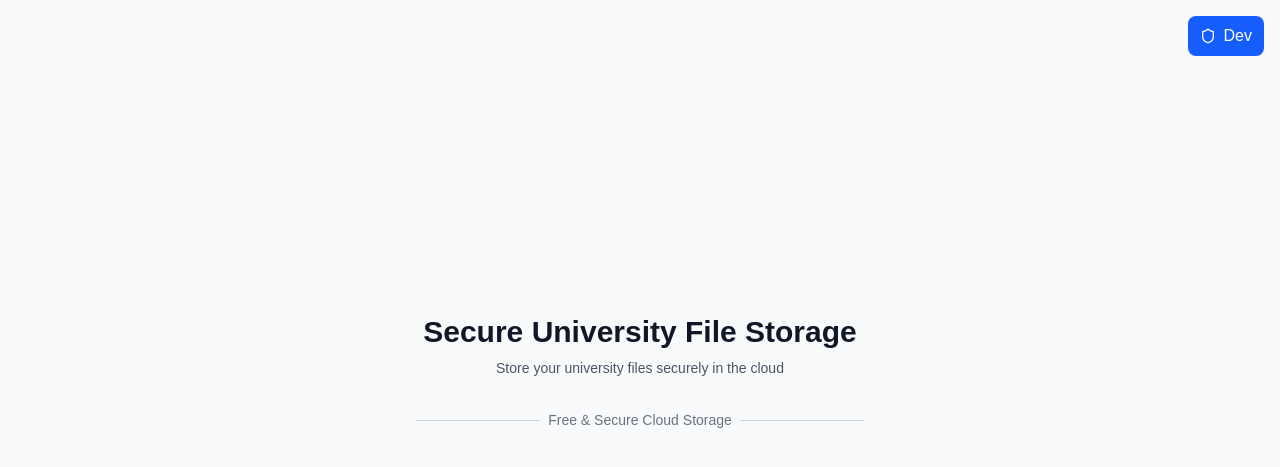
Repository: DiwanMalla/UniCloud
Page: /auth/signin
These files come from the project's save history. The page is drawn as it stood at one moment and after the next save; the edit follows.
The browser window is 1280 px wide. The pictures show the whole page.
The page's requests for data from a server got no answer. The project was rebuilt for these pictures with package versions that can differ from the ones it lists, and the page was loaded fresh each time. The framework's server and built-in components were replaced by stand-ins that run in the browser. No one was signed in, and anything a server would have sent is missing. Also part of the build but not shown: next.config.ts.

Above is the page before, as saved 2025-08-31 16:05:51.

After the next save:
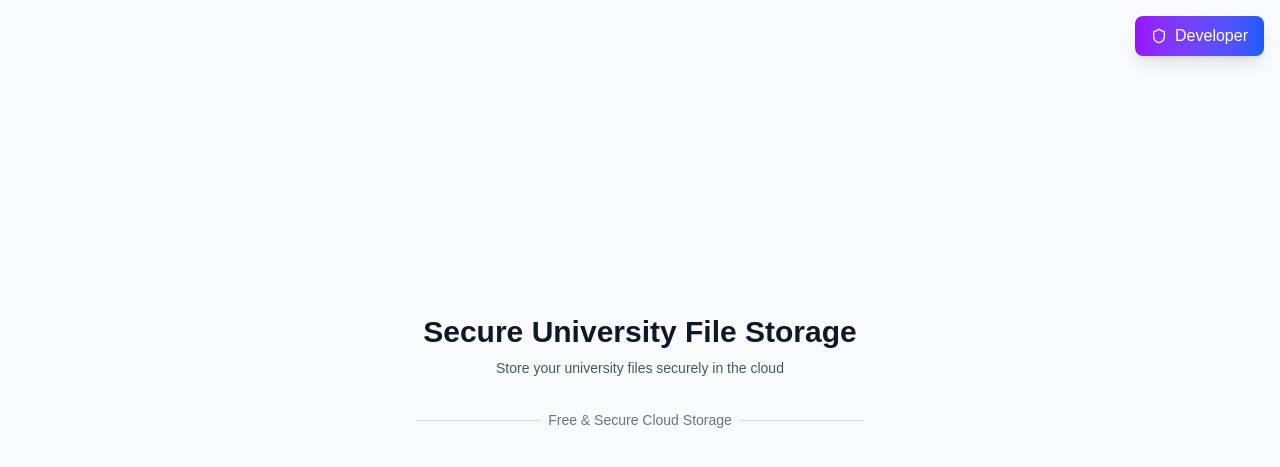
Saved 19 s later.
--- a/src/app/auth/signin/page.tsx
+++ b/src/app/auth/signin/page.tsx
@@ -31,11 +31,11 @@
       {/* Developer Button - Fixed Position */}
       <button
         onClick={() => setShowDeveloperModal(true)}
-        className="fixed top-4 right-4 bg-blue-600 hover:bg-blue-700 text-white px-3 py-2 rounded-lg transition-colors flex items-center gap-2 z-10"
+        className="fixed top-4 right-4 bg-gradient-to-r from-purple-600 to-blue-600 hover:from-purple-700 hover:to-blue-700 text-white px-4 py-2 rounded-lg transition-all transform hover:scale-105 shadow-lg flex items-center gap-2 z-10"
         title="Developer Info"
       >
         <Shield className="w-4 h-4" />
-        Dev
+        Developer
       </button>
 
       <div className="max-w-md w-full space-y-8">
